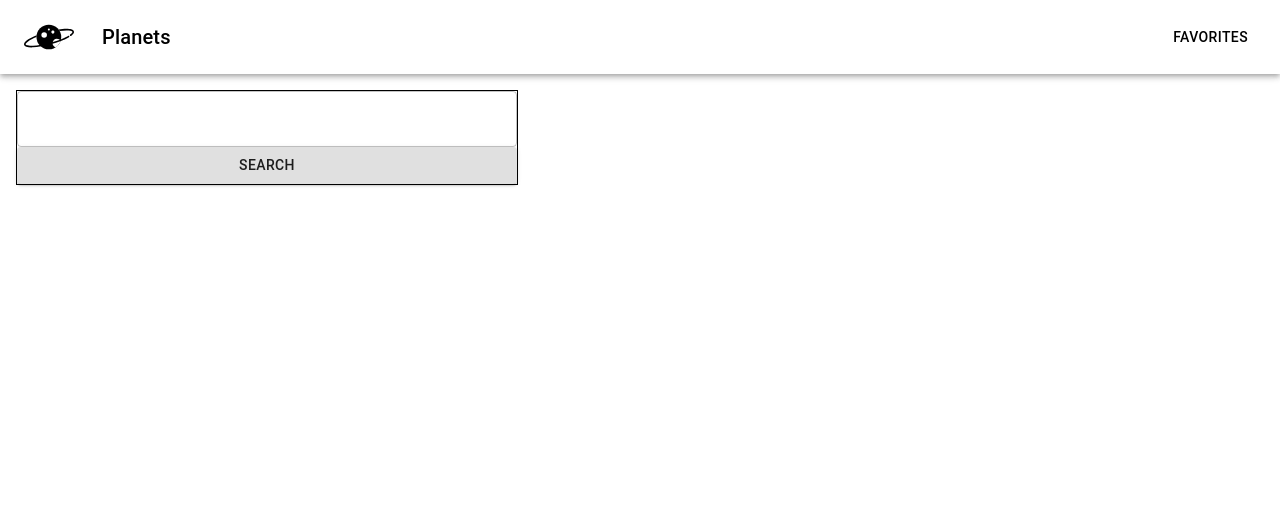
Repository: samridhie01/assignment
Page: /
An editor plug-in stored every save of this project. The page is shown before and after the next save, followed by the edit.
The browser window is 1280 px wide. The pictures show the whole page.
The page's requests for data from a server got no answer. The project was rebuilt for these pictures with package versions that can differ from the ones it lists, and the page was loaded fresh each time. No one was signed in, and anything a server would have sent is missing.

Above is the page before, as saved 2020-08-19 23:06:59.

After the next save:
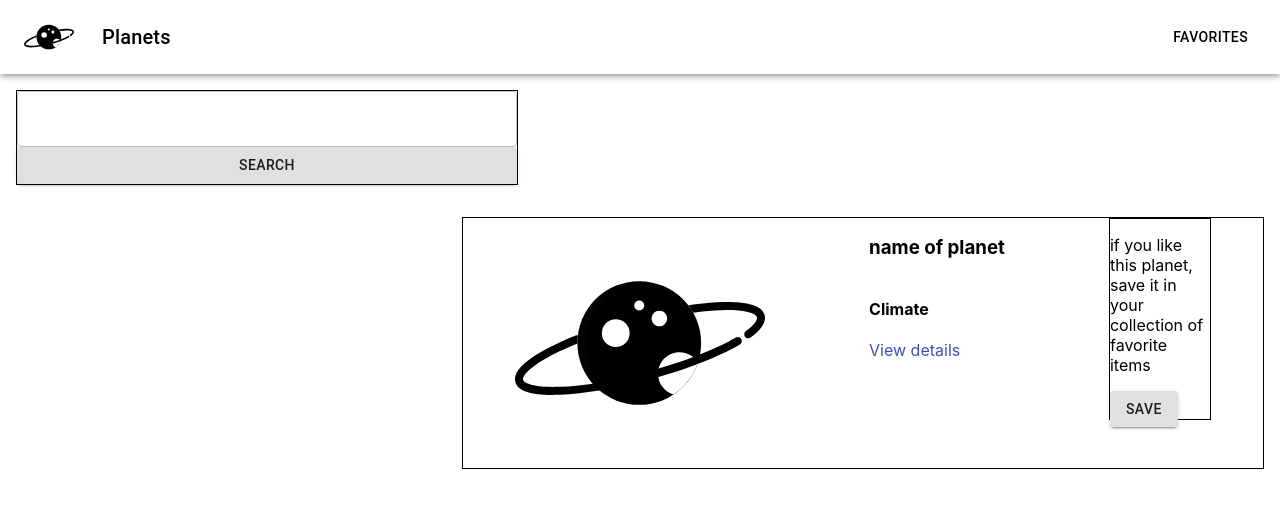
Saved 3 min 32 s later.
--- a/src/components/app/App.tsx
+++ b/src/components/app/App.tsx
@@ -28,6 +28,8 @@ const App = () => {
     <>
     <Header />
     <SearchBox />
+    <Planets name={"abc"}/>
+
 
     </>
 
